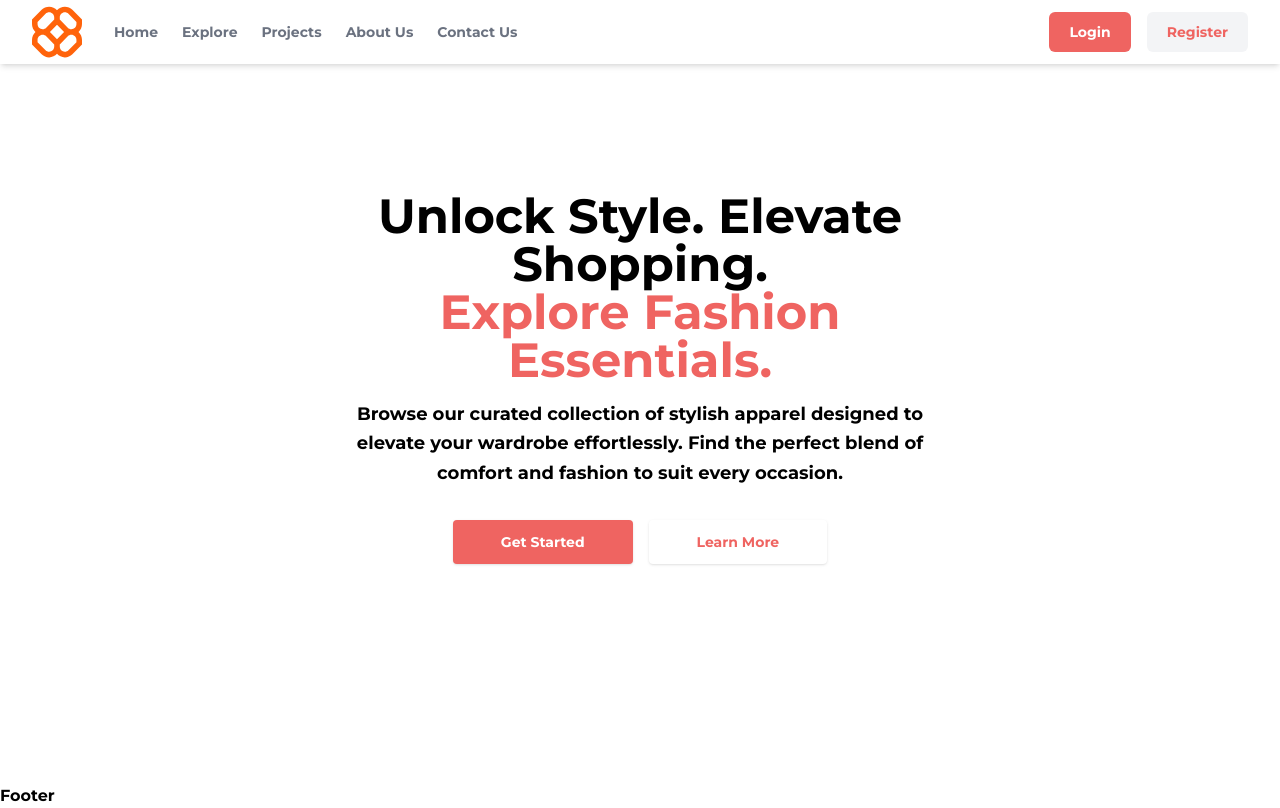
Repository: YahiaSala7/E-commerce-Project
Page: / (app in ecommerce/)
These files come from the project's save history. The page is drawn as it stood at one moment and after the next save; the edit follows.
The browser window is 1280 px wide. The pictures show the whole page.
The project was rebuilt for these pictures with package versions that can differ from the ones it lists, and the page was loaded fresh each time. The framework's server and built-in components were replaced by stand-ins that run in the browser. Also part of the build but not shown: ecommerce/next.config.mjs.

Above is the page before, as saved 2024-07-25 03:43:29.

After the next save:
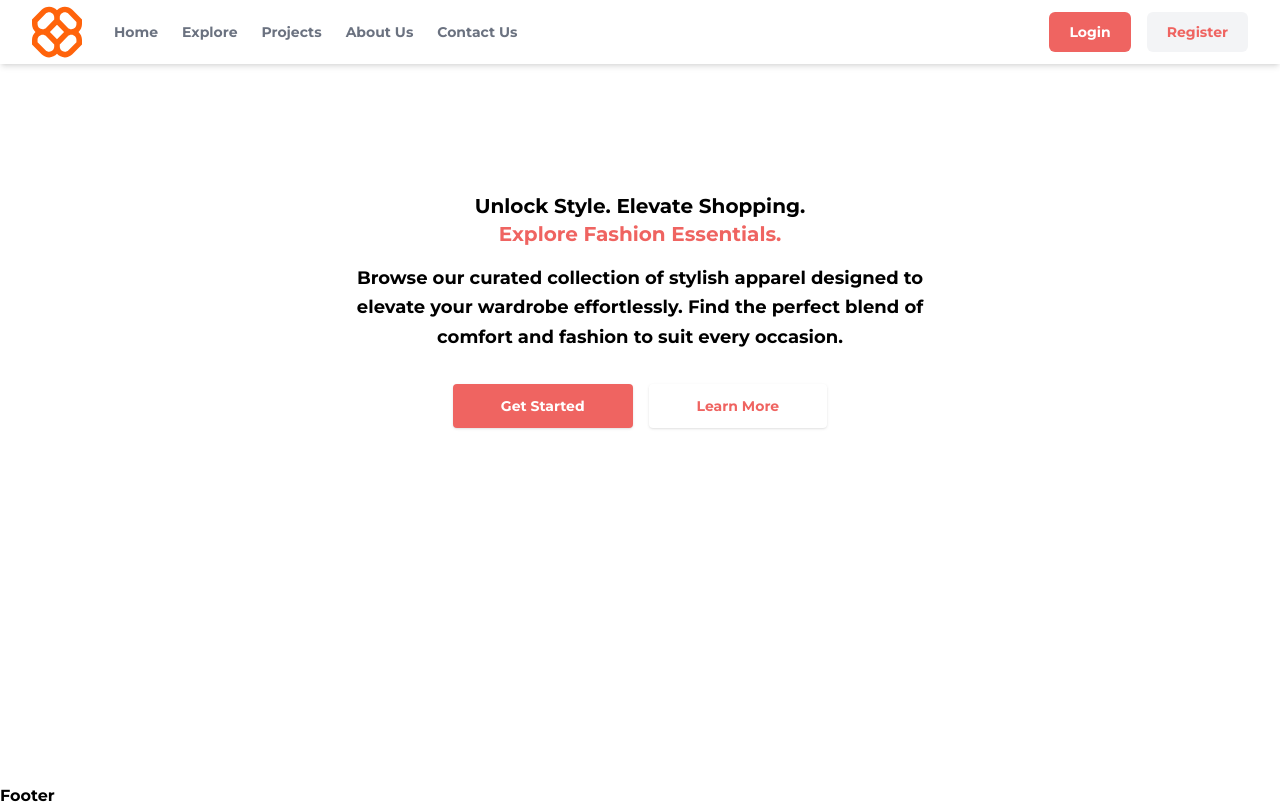
Saved 3 min 20 s later.
--- a/ecommerce/app/_Components/Hero.jsx
+++ b/ecommerce/app/_Components/Hero.jsx
@@ -5,7 +5,7 @@ function Hero() {
     <section className="">
       <div className="mx-auto max-w-screen-xl px-4 py-32 lg:flex lg:h-screen">
         <div className="mx-auto max-w-xl text-center">
-          <h1 className="text-xl font-extrabold sm:text-5xl ">
+          <h1 className="text-xl font-extrabold sm:text-xl ">
             Unlock Style. Elevate Shopping.
             <strong className="font-extrabold text-primary sm:block">
               {" "}
